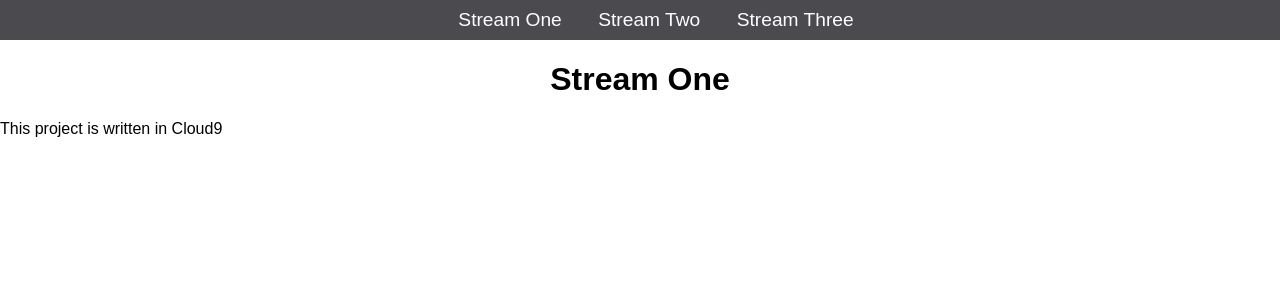
Repository: Aisbrikz/my-first-website
Page: stream-one.html
The author's editor kept a record of every edit. The page is drawn from the files as they stood at one moment, then again after the next edit.
The browser window is 1280 px wide. The pictures show the whole page.

Above is the page before.

After the next edit:
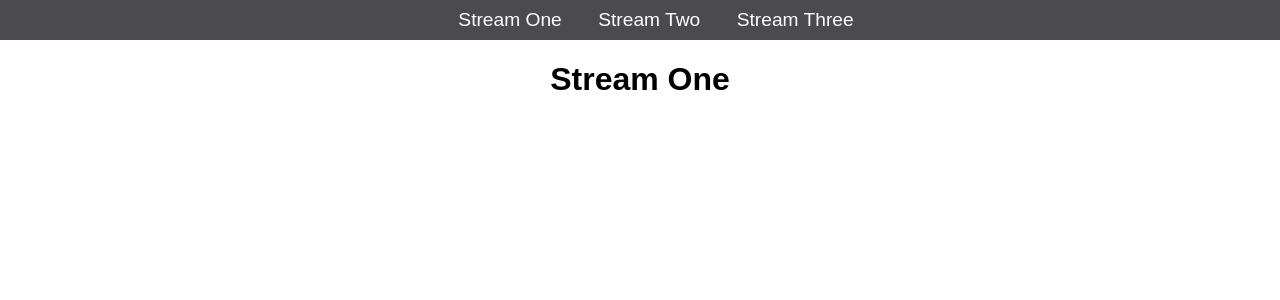
The edit:
--- a/stream-one.html
+++ b/stream-one.html
@@ -13,6 +13,11 @@
             </ul>
         </nav>
         <h1>Stream One</h1>
-        <p>This project is written in Cloud9</p>
+        <div class="card">
+            <a href="">
+                <img />
+                <h2></h2>
+            </a>
+        </div>
     </body>
 </html>
